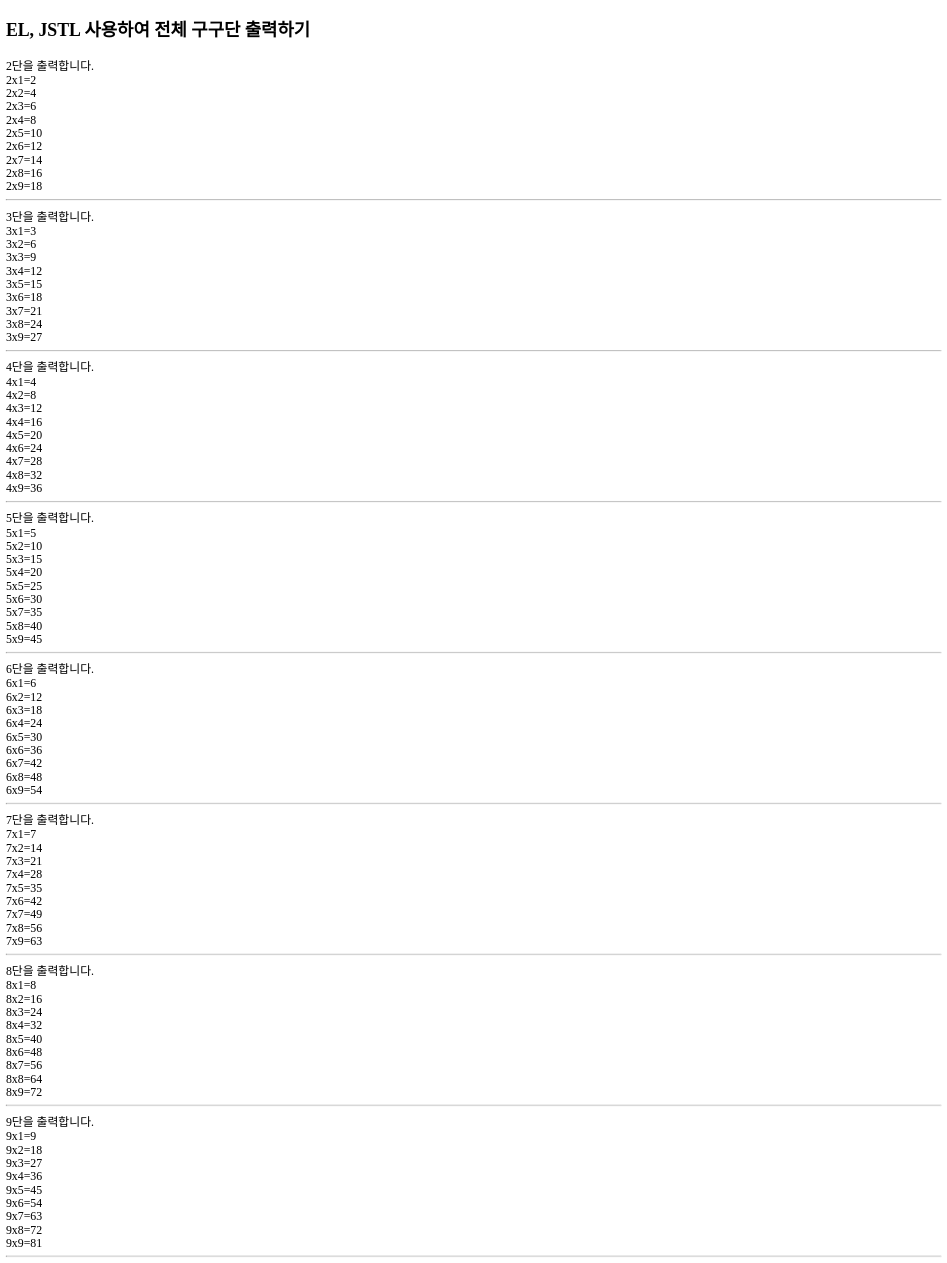
Repository: nobley3/EclipseIDE
Page: http://localhost/ELprj0908실습/quiz8
An editor plug-in stored every save of this project. The page is shown before and after the next save, followed by the edit.
The browser window is 1280 px wide. The pictures show the whole page, at 74% of full size.
The page is served by Tomcat 9. Other server files are loaded and not shown.

Above is the page before, as saved 2023-09-08 06:38:54.

### ELprj0908실습/src/main/webapp/WEB-INF/views/quiz8.jsp
<%@ page language="java" contentType="text/html; charset=UTF-8"
    pageEncoding="UTF-8"%>
    <%@ taglib uri="http://java.sun.com/jsp/jstl/core" prefix="c" %>
<!DOCTYPE html>
<html>
<head>
<meta charset="UTF-8">
<title>Insert title here</title>
</head>
<body>
<h2>EL, JSTL 사용하여 전체 구구단 출력하기 </h2>


<c:forEach var="i" begin="2" end="9">
<c:out value="${i}단을 출력합니다."/><br/>
<c:forEach var="j" begin="1" end="9">
<c:out value="${i}x${j}=${i*j}"/><br/>
</c:forEach>
<hr/>
</c:forEach>

</body>
</html>

### ELprj0908실습/src/main/java/practice/Q_08.java
package practice;
import java.io.IOException;

import javax.servlet.ServletException;
import javax.servlet.annotation.WebServlet;
import javax.servlet.http.HttpServlet;
import javax.servlet.http.HttpServletRequest;
import javax.servlet.http.HttpServletResponse;
@WebServlet("/quiz8")
public class Q_08 extends HttpServlet{
@Override
protected void doGet(HttpServletRequest req, HttpServletResponse resp) throws ServletException, IOException {



	req.getRequestDispatcher("WEB-INF/views/quiz8.jsp").forward(req, resp);
}

}

After the next save:
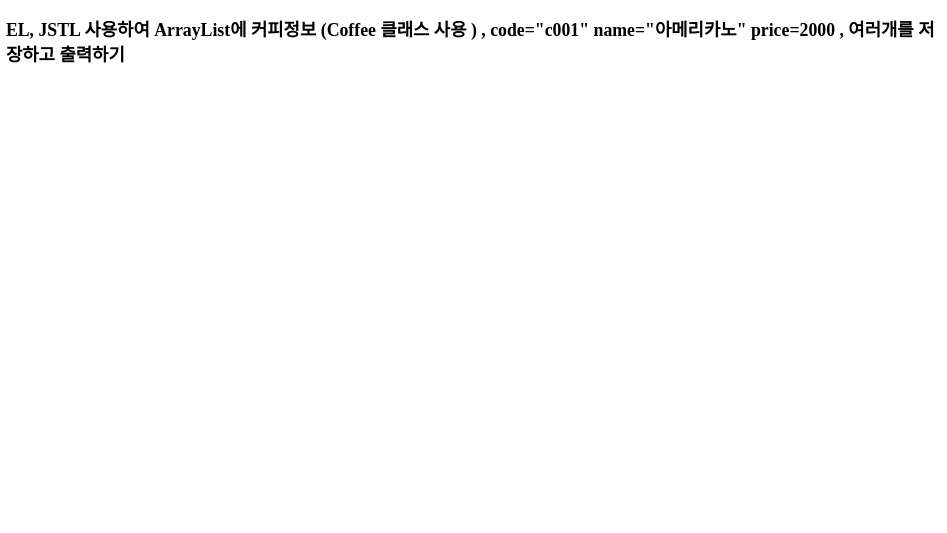
Saved 18 s later.
--- a/ELprj0908실습/src/main/webapp/WEB-INF/views/quiz8.jsp
+++ b/ELprj0908실습/src/main/webapp/WEB-INF/views/quiz8.jsp
@@ -8,16 +8,8 @@
 <title>Insert title here</title>
 </head>
 <body>
-<h2>EL, JSTL 사용하여 전체 구구단 출력하기 </h2>
-
-
-<c:forEach var="i" begin="2" end="9">
-<c:out value="${i}단을 출력합니다."/><br/>
-<c:forEach var="j" begin="1" end="9">
-<c:out value="${i}x${j}=${i*j}"/><br/>
-</c:forEach>
-<hr/>
-</c:forEach>
+<h2>EL, JSTL 사용하여 ArrayList에 커피정보 (Coffee 클래스 사용 ) ,  code="c001"   name="아메리카노"  price=2000 , 여러개를 저장하고
+   출력하기 </h2>
 
 </body>
 </html>
